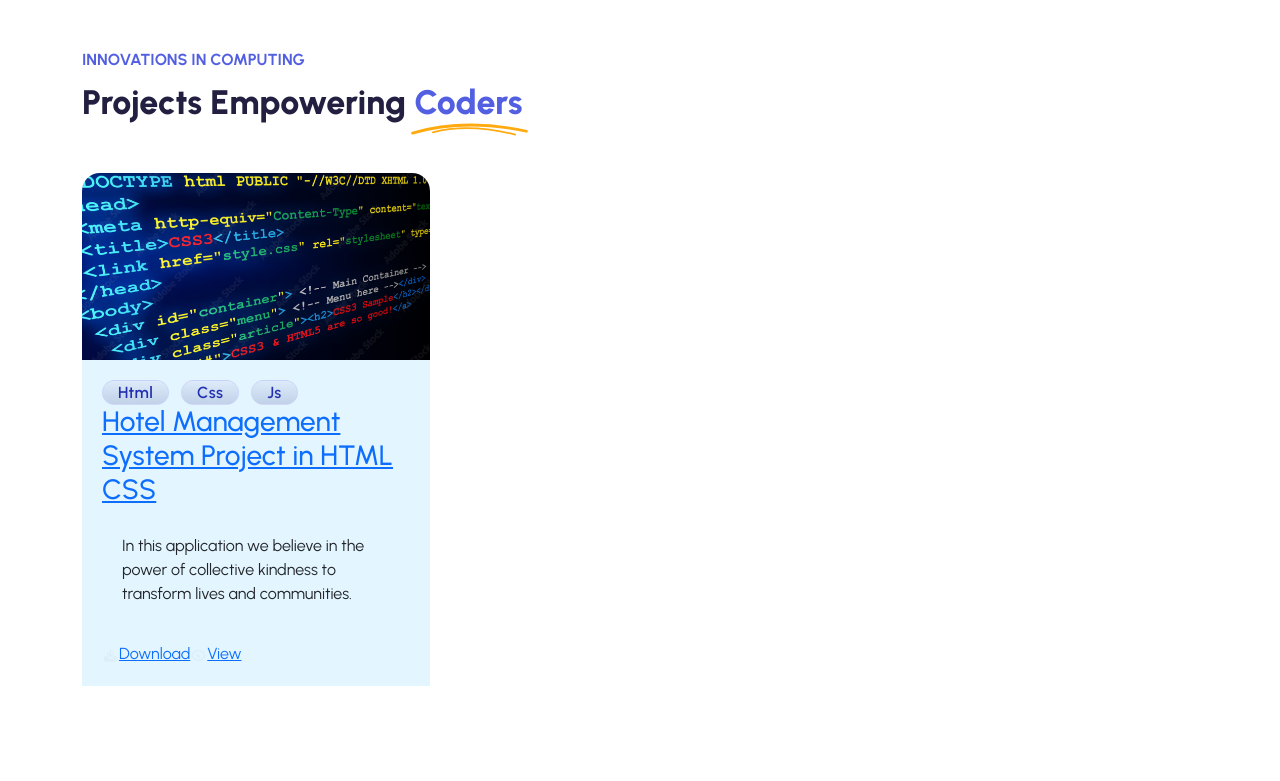
Repository: sharma171/jtccreativeideas
Page: /newsection (app in nextjssite/)
The author's editor kept a copy of each file at every save. The page is drawn from the files as they stood at one save, then again after the next save.
The browser window is 1280 px wide. The pictures show the whole page.
The project was rebuilt for these pictures with package versions that can differ from the ones it lists, and the page was loaded fresh each time. The framework's server and built-in components were replaced by stand-ins that run in the browser. Also part of the build but not shown: nextjssite/next.config.mjs.

Above is the page before, as saved 2024-03-28 13:12:46.

### nextjssite/src/app/layout.js
// import { Inter } from "next/font/google";
// import "./globals.css";
import 'bootstrap/dist/css/bootstrap.min.css';

// const inter = Inter({ subsets: ["latin"] });

export const metadata = {
  title: "Create Next App",
  description: "Generated by create next app",
};

 const RootLayout = ({ children }) => {
  return (
    <html lang="en">
      <body>
        {/* Layout UI */}
        <main>{children}</main>
      </body>
    </html>
  )
}
export default RootLayout;

### nextjssite/src/app/newsection/page.jsx
import React from 'react'
import "./page.css"
import Headicon from "./after-head-icon.svg"
import Image from 'next/image'
import Link from 'next/link'
import Projimg1 from './images/projsection1.png'
import Projimg2 from './images/projsection2.png'
import Projimg3 from './images/projsection3.png'
import Downloadicon from './images/Download-icon.svg'
import Viewicon from './images/view-icon.svg'
const Page = () => {
    return(
        <>
        <section className="projects">
            <div className="container">
                <div className="col-flex main-head">
                    <h5 class="small-head">Innovations in Computing</h5>
                    <h3 className="bghead">Projects Empowering <span>Coders
                        <Image src={Headicon}></Image></span></h3>
                </div>
                <ul className="row-flex project-cards">
                    <li>

                            <div className="card-inner">
                                <Image src={Projimg1} alt="project" className="thumb"></Image>
                                <div className="info">
                                    <div className="tech-info">
                                        <span>Html</span>
                                        <span>Css</span>
                                        <span>Js</span>
                                    </div>
                                    <Link href="/newsection">
                                    <h3 className="heading">
                                        Hotel Management System Project in HTML CSS
                                    </h3>
                                    </Link>
                                    <p className="info">
                                        In this application we believe in the power of collective kindness to transform lives and communities.
                                    </p>
                                    <div className="card-button">
                                        <a href="" className="bot-button">
                                            <Image src={Downloadicon} alt='icon'></Image>
                                            Download
                                        </a>
                                        <a href="" className="bot-button">
                                            <Image src={Viewicon} alt='icon'></Image>
                                            View
                                        </a>
                                    </div>
                                </div>
                            </div>
                    </li>
                </ul>
            </div>
        </section>
        </>
    )
}
export default Page;

### nextjssite/src/app/newsection/page.css
@import url('https://fonts.googleapis.com/css2?family=Urbanist:ital,wght@0,100..900;1,100..900&display=swap');
* {
    font-family: "Urbanist", sans-serif;
    font-optical-sizing: auto;
}

section.projects {
    padding: 50px 0;
}
.main-head .small-head {
    color: #525fe1;
    font-size: 16px;
    font-weight: 700;
    text-transform: uppercase;
}
.main-head .bghead {
    color: #231f40;
    font-size: 34px;
    line-height: 1.5em;
    font-weight: 800;
}
.main-head .bghead span {
    color: #525fe1;
    position: relative;
}
.main-head .bghead span img {
    position: absolute;
    top: 100%;
    left: -5.9999999999999964px;
    width: 122.29999999999994px;
    height: 12.600000000000012px;
}
.project-cards {
    padding: 0;
    margin: 45px 0;
    list-style: none;
}
.project-cards li {
    width: calc(33.33333333333333% - 24px);
    border-top-left-radius: 18px;
    border-top-right-radius: 18px;
    background: #E3F5FF;
}
.project-cards li .card-inner {
    display: flex;
    flex-direction: column;
    width: 100%;
    border-top-left-radius: 18px;
    border-top-right-radius: 18px;
}
.project-cards li .card-inner .thumb {
    width: 100%;
    max-width: 100%;
    height: auto;
    object-fit: cover;
    border-top-left-radius: 18px;
    border-top-right-radius: 18px;
}
.project-cards li .card-inner .info {
    padding: 20px 20px;
    display: flex;
    flex-direction: column;
}

.project-cards li .card-inner .info .tech-info {
    display: flex;
    flex-direction: row;
    align-items: center;
    gap: 12px;
}
.project-cards li .card-inner .info .tech-info span {
    height: 25px;
    font-size: 16px;
    color: #222FB0;
    padding: 0 15px;
    font-weight: 600;
    letter-spacing: 0.3px;
    line-height: 16px;
    background: linear-gradient(181deg, #d2d7f152, #C0D0E7);
    align-content: center;
    border-radius: 19px;
    border: 1px solid #ccd3fbc2;
}

After the next save:
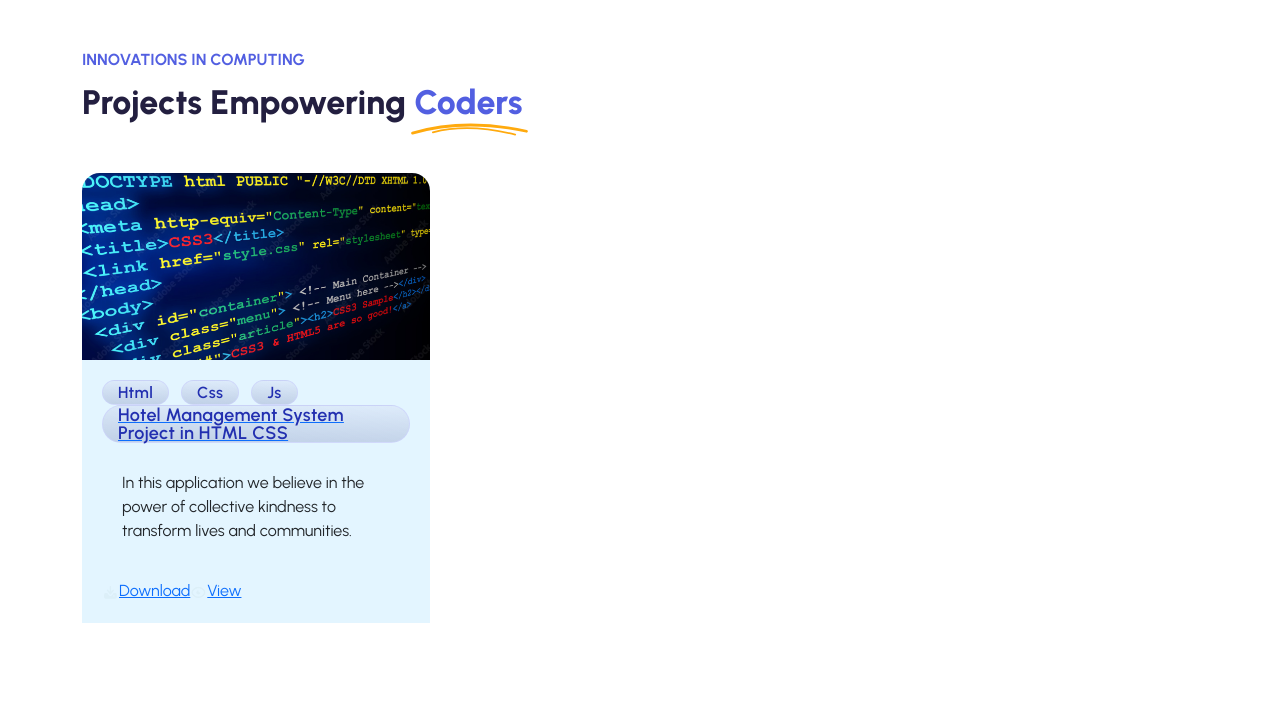
Saved 2 min 39 s later.
--- a/nextjssite/src/app/newsection/page.css
+++ b/nextjssite/src/app/newsection/page.css
@@ -81,3 +81,15 @@ section.projects {
     border-radius: 19px;
     border: 1px solid #ccd3fbc2;
 }
+.project-cards li .card-inner .info .heading {
+    font-size: 18px;
+    font-weight: 600;
+    color: #222FB0;
+    padding: 0 15px;
+    letter-spacing: 0.3px;
+    line-height: 18px;
+    background: linear-gradient(181deg, #d2d7f152, #C0D0E7);
+    align-content: center;
+    border-radius: 19px;
+    border: 1px solid #ccd3fbc2;
+}
